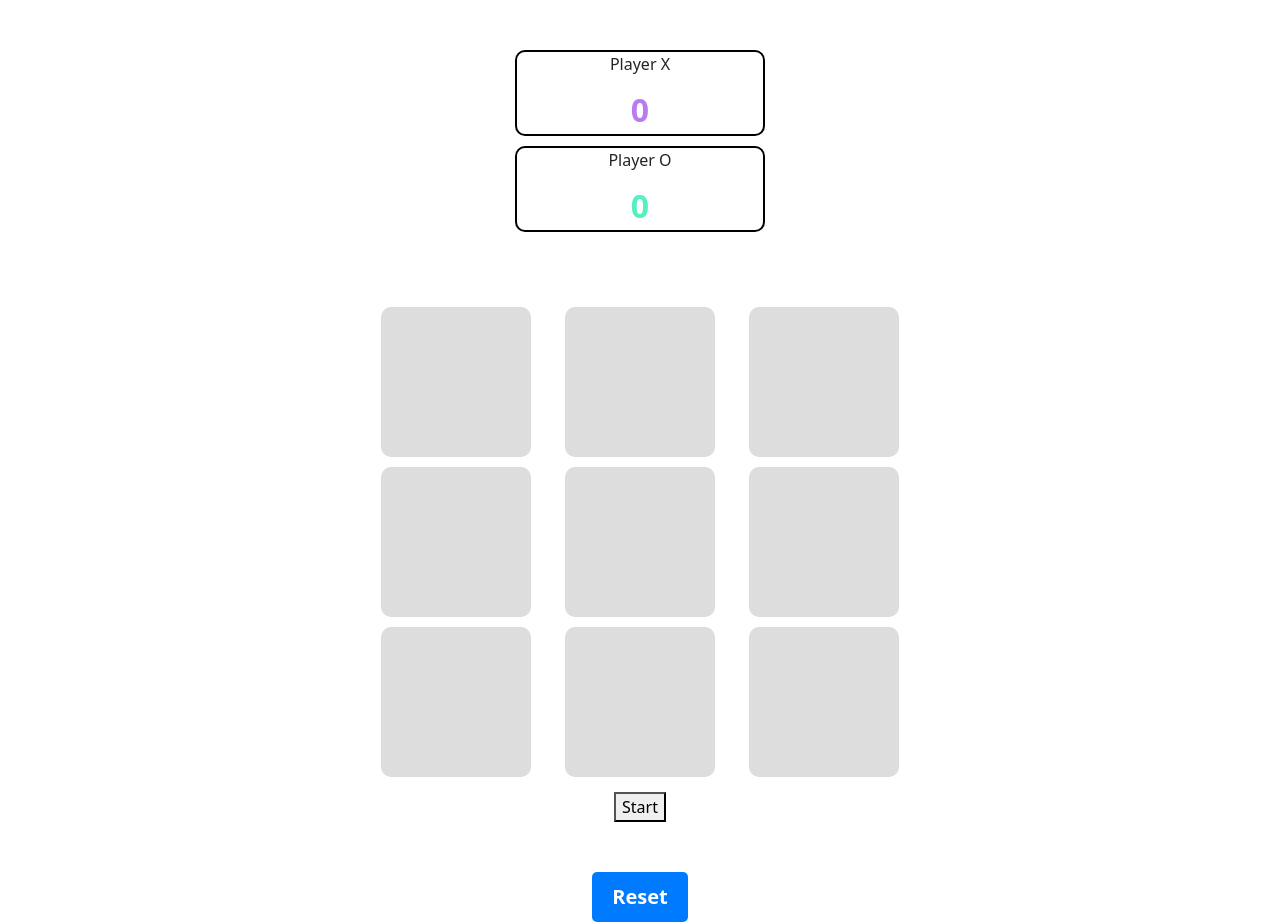
Repository: woodsdeshe/Tic-Tac-Toe
Page: index.html
The author's editor kept a copy of each file at every save. The page is drawn from the files as they stood at one save, then again after the next save.
The browser window is 1280 px wide. The pictures show the whole page.

Above is the page before, as saved 2023-03-31 21:33:12.

### index.html
<!DOCTYPE html>
<html lang="en">
  <head>
    <meta charset="UTF-8" />
    <meta http-equiv="X-UA-Compatible" content="IE=edge" />
    <meta name="viewport" content="width=device-width, initial-scale=1.0" />
    <title>Tic Tac Toe | DeShe Woods</title>
    <link rel="stylesheet" href="styles.css" />
    <link
      href="https://cdn.jsdelivr.net/npm/bootstrap@5.3.0-alpha2/dist/css/bootstrap.min.css"
      rel="stylesheet"
      integrity="sha384-aFq/bzH65dt+w6FI2ooMVUpc+21e0SRygnTpmBvdBgSdnuTN7QbdgL+OapgHtvPp"
      crossorigin="anonymous"
    />
  </head>
  <body>
    <div class="container">
      <div class="row">
        <div class="col-12 scoreboard scoreboard-left">
          <div>Player X</div>
          <div class="score-x">0</div>
        </div>
        <div class="col-12 scoreboard scoreboard-right">
          <div>Player O</div>
          <div class="score-o">0</div>
        </div>
      </div>
      <div class="message"></div>
      <div class="container game-board">
        <div class="row">
          <div class="col-4">
            <div class="tile square-1"></div>
          </div>
          <div class="col-4">
            <div class="tile square-2"></div>
          </div>
          <div class="col-4">
            <div class="tile square-3"></div>
          </div>
        </div>
        <div class="row">
          <div class="col-4">
            <div class="tile square-4"></div>
          </div>
          <div class="col-4">
            <div class="tile square-5"></div>
          </div>
          <div class="col-4">
            <div class="tile square-6"></div>
          </div>
        </div>
        <div class="row">
          <div class="col-4">
            <div class="tile square-7"></div>
          </div>
          <div class="col-4">
            <div class="tile square-8"></div>
          </div>
          <div class="col-4">
            <div class="tile square-9"></div>
          </div>
        </div>
      </div>
        <div class="start">
            <button class="startBtn">Start</button>
        </div>
        <div class="reset">
            <button class="reset-btn">Reset</button>
        </div>
    </div>
    <script
      src="https://cdn.jsdelivr.net/npm/bootstrap@5.3.0-alpha2/dist/js/bootstrap.bundle.min.js"
      integrity="sha384-qKXV1j0HvMUeCBQ+QVp7JcfGl760yU08IQ+GpUo5hlbpg51QRiuqHAJz8+BrxE/N"
      crossorigin="anonymous"
    ></script>
    <script src="script.js"></script>
  </body>
</html>

### styles.css
.container {
  display: flex;
  flex-direction: column;
  align-items: center;
  margin-top: 50px;
}

.scoreboard {
  display: flex;
  flex-direction: column;
  align-items: center;
  border: 2px solid black;
  border-radius: 10px;
  width: 200px;
}

.scoreboard-left {
  margin-right: 70px;
  margin-bottom: 10px;
}

.scoreboard-right {
  margin: 0;
}

.score-x {
  font-size: 48px;
  color: rgb(184, 123, 241);
}

.score-o {
  font-size: 48px;
  color: rgb(83, 240, 193);
}

.score-x,
.score-o {
  font-size: 2em;
  font-weight: bold;
  margin-top: 10px;
}

.message {
  font-size: 2em;
  margin-bottom: 20px;
}

.game-board {
  display: flex;
  justify-content: center;
}

.tile {
  width: 150px;
  height: 150px;
  background-color: #ddd;
  margin: 5px;
  border-radius: 10px;
  display: flex;
  justify-content: center;
  align-items: center;
  font-size: 50px;
  font-weight: bold;
  cursor: pointer;
}

.startBtn {

}

.reset {
  text-align: center;
  margin-top: 50px;
}

.reset-btn {
  font-size: 20px;
  font-weight: bold;
  padding: 10px 20px;
  background-color: #007bff;
  color: white;
  border-radius: 5px;
  border: none;
  cursor: pointer;
}

.start {
    text-align: center;
    margin-top: 10px;
}

.x-symbol {
    color: rgb(184, 123, 241);
}

.o-symbol {
    color: rgb(83, 240, 193);
}

@media (max-width: 767px) {
  .scoreboard {
    margin-bottom: 20px;
  }
}

### script.js
// Variables that access the squares, reset button, scoreboards , and messaging for the game that will stay constant
const gameBoard = document.querySelector(".game-board");
const resetBtn = document.querySelector(".reset-btn");
const scoreboardX = document.querySelector(".score-x");
const scoreboardO = document.querySelector(".score-o");
const message = document.querySelector(".message");
const tile = document.querySelectorAll(".tile");

// Variables that access the current player, game over, X and O scores that will change based on conditions of the game
let currentPlayer = "X";
let gameOver = false;
let xScore = 0;
let oScore = 0;

// This event listener will check to see if the tiles are empty and will fill them with the symbol of the current player

gameBoard.addEventListener("click", (event) => {
  event.preventDefault();

  //This if statement checks to see if the game is over before allowing the players to continue playing. If gameOver is true, then the board becomes unclickable
  if (gameOver) {
    return;
  }

  // This variable will hold the square that gets clicked using the .target property
  const square = event.target;

  // Checks to see if the square contains a class of tile and the square is empty. If it's empty then the square will contain a symbol and alternate the symbol according to the current player
  if (square.classList.contains("tile") && square.textContent === "") {
    // This if statement adds or removes the appropriate symbol class based on the current player so that the colors of the symbols will be different
    if (currentPlayer === "X") {
      square.classList.add("x-symbol");
      square.classList.remove("o-symbol");
    } else {
      square.classList.add("o-symbol");
      square.classList.remove("x-symbol");
    }

    square.textContent = currentPlayer;

    //Updates the message variable to show who's turn it is on the screen
    message.textContent = `It's ${currentPlayer} turn`;

    currentPlayer = currentPlayer === "X" ? "O" : "X";
  }

  //Calls the checkForWinner function after each turn to see if a player has won
  checkForWinner();
});

// Check to see if the tiles contain a winning play of a specific player
function currentPlay(plays, player) {
  // The .every method checks through every tile within the player array that checks to see if they contain the current players symbol with a boolean "true" or "false"
  return plays.every((tile) => {
    tileElement = document.querySelector(`.square-${tile}`);
    return tileElement.textContent === player;
  });
}

// This function will check to see which player has the winning set after each move
function checkForWinner() {
  // Nested arrays that show all the winning plays that are needed to win
  const winningPlays = [
    [1, 2, 3],
    [4, 5, 6],
    [7, 8, 9],
    [1, 4, 7],
    [2, 5, 8],
    [3, 6, 9],
    [1, 5, 9],
    [3, 5, 7],
  ];

  // Loops through each array within "winingPlays" and stores the values in the variable "plays"
  for (let i = 0; i < winningPlays.length; i++) {
    const plays = winningPlays[i];

    // Create if/else conditions that will check to see if the current player has a winning play thats in 'winningPlays', if no one wins, it calls the "itsATie" function to alert the players that the game is over and prevents the players from continuing to play using th endGame function"
    if (currentPlay(plays, "X")) {
      xScore++;
      scoreboardX.textContent = xScore;
      message.textContent = "Player X Wins!";
      gameOver = true;
      endGame();
    } else if (currentPlay(plays, "O")) {
      oScore++;
      scoreboardO.textContent = oScore;
      message.textContent = "Player O Wins!";
      gameOver = true;
      endGame();
    } else if (itsATie()) {
      message.textContent = "Game over! It's a tie!!!";
      gameOver = true;
      endGame();
    }
  }

  // This function iterates through all the tiles on the board and checks to see if the board is full. If there isn't any empty tiles left, it returns true.
  function itsATie() {
    for (let i = 0; i < tile.length; i++) {
      if (tile[i].textContent === "") {
        return false;
      }
    }
    return true;
  }

  // This function iterates through all the tiles in the game and removes the gameBoard listener so that the board is no longer clickable when the game is over
  function endGame() {
    for (let i = 0; i < tile.length; i++) {
      tile[i].removeEventListener("click", handleClick);
    }
  }
}

//This function resets the game
function resetGame() {
  currentPlayer = "X";
  gameOver = false;
  message.textContent = `It's ${currentPlayer} turn`;
  scoreboardX.textContent = "0";
  scoreboardO.textContent = "0";
  xScore = 0;
  oScore = 0;

  // Clears the board by setting the text content of all tiles to an empty string
  tile.forEach((tile) => {
    tile.textContent = "";
  });

  // Add back the event listener to each tile so that they are clickable again
  tile.forEach((tile) => {
    tile.addEventListener("click", handleTileClick);
  });
}

resetBtn.addEventListener("click", () => {
  resetGame();
});

After the next save:
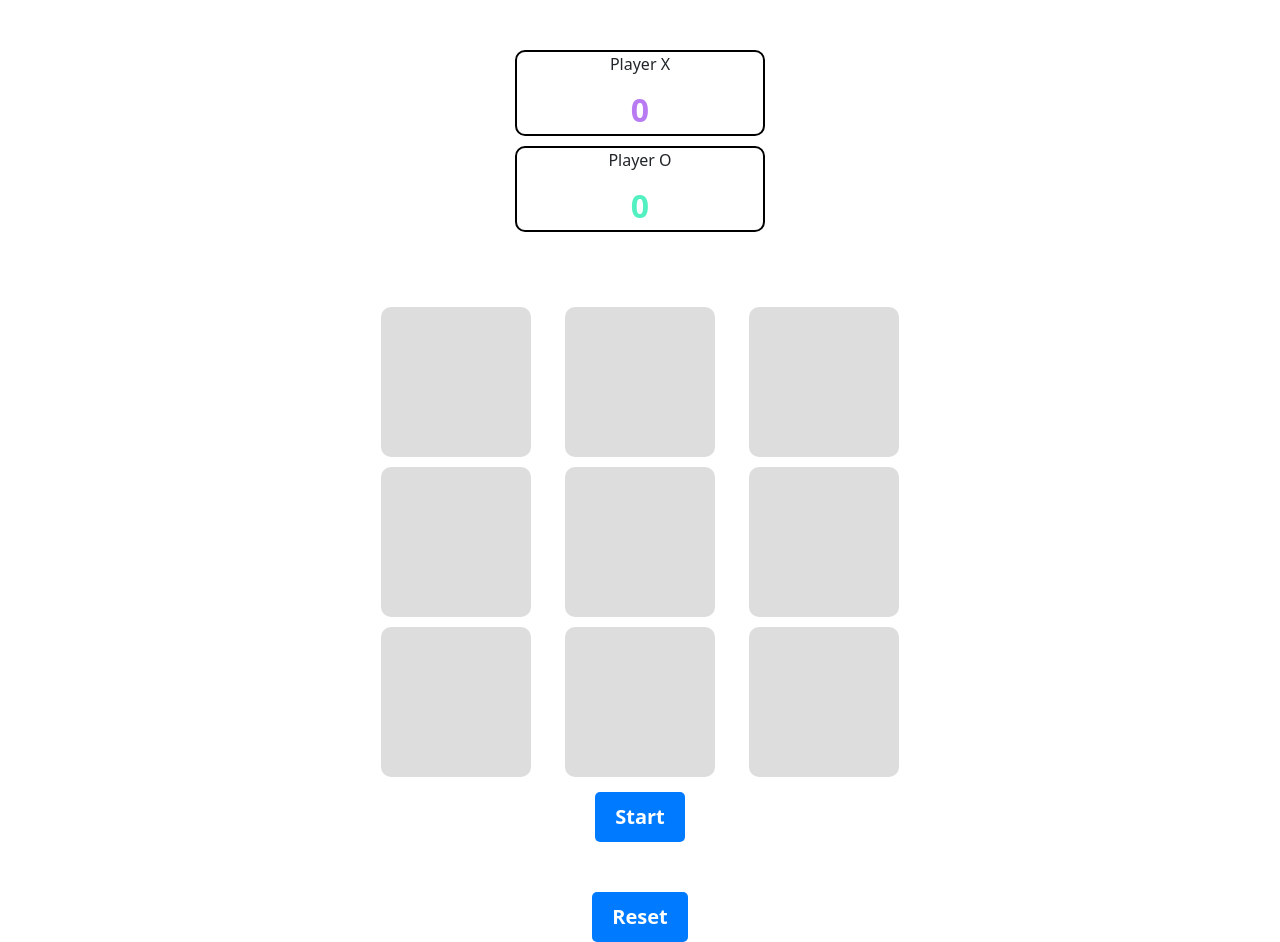
Saved 5 s later.
--- a/styles.css
+++ b/styles.css
@@ -65,7 +65,14 @@
 }
 
 .startBtn {
-
+    font-size: 20px;
+    font-weight: bold;
+    padding: 10px 20px;
+    background-color: #007bff;
+    color: white;
+    border-radius: 5px;
+    border: none;
+    cursor: pointer;
 }
 
 .reset {
